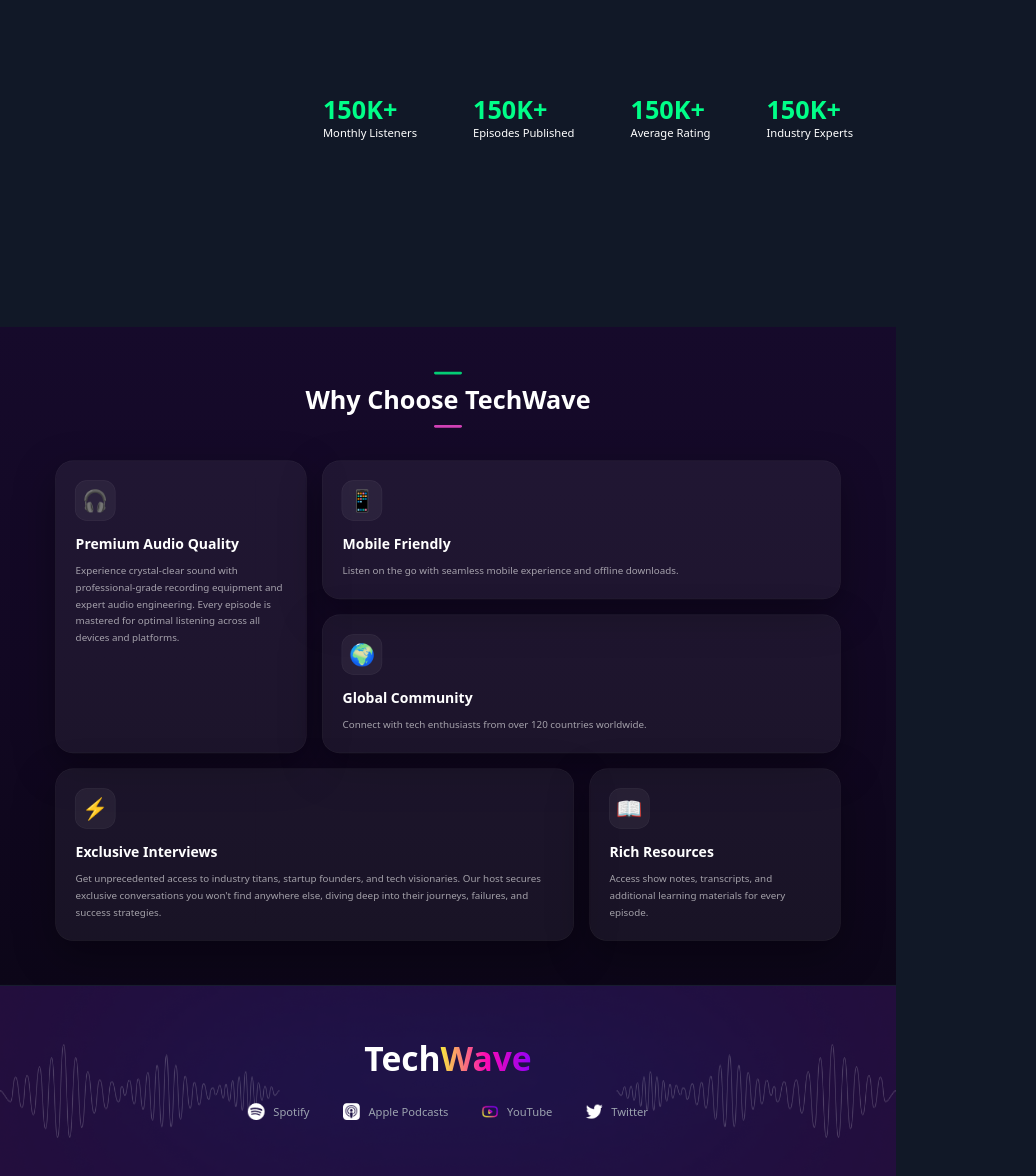
Repository: tanimtanzilislam/Assignment_2
Page: index.html
These files come from the project's save history. The page is drawn as it stood at one moment and after the next save; the edit follows.
The browser window is 1280 px wide. The page is 1480 px wide, so the pictures cover 1480 px, including what lies to the right of the window. The pictures show the part of the page from y = 910 to 2590 px (the page is 2590 px tall), at 70% of full size.
Some web libraries are served in a nearby version.

Above is the page before, as saved 2026-03-03 21:45:20.

After the next save:
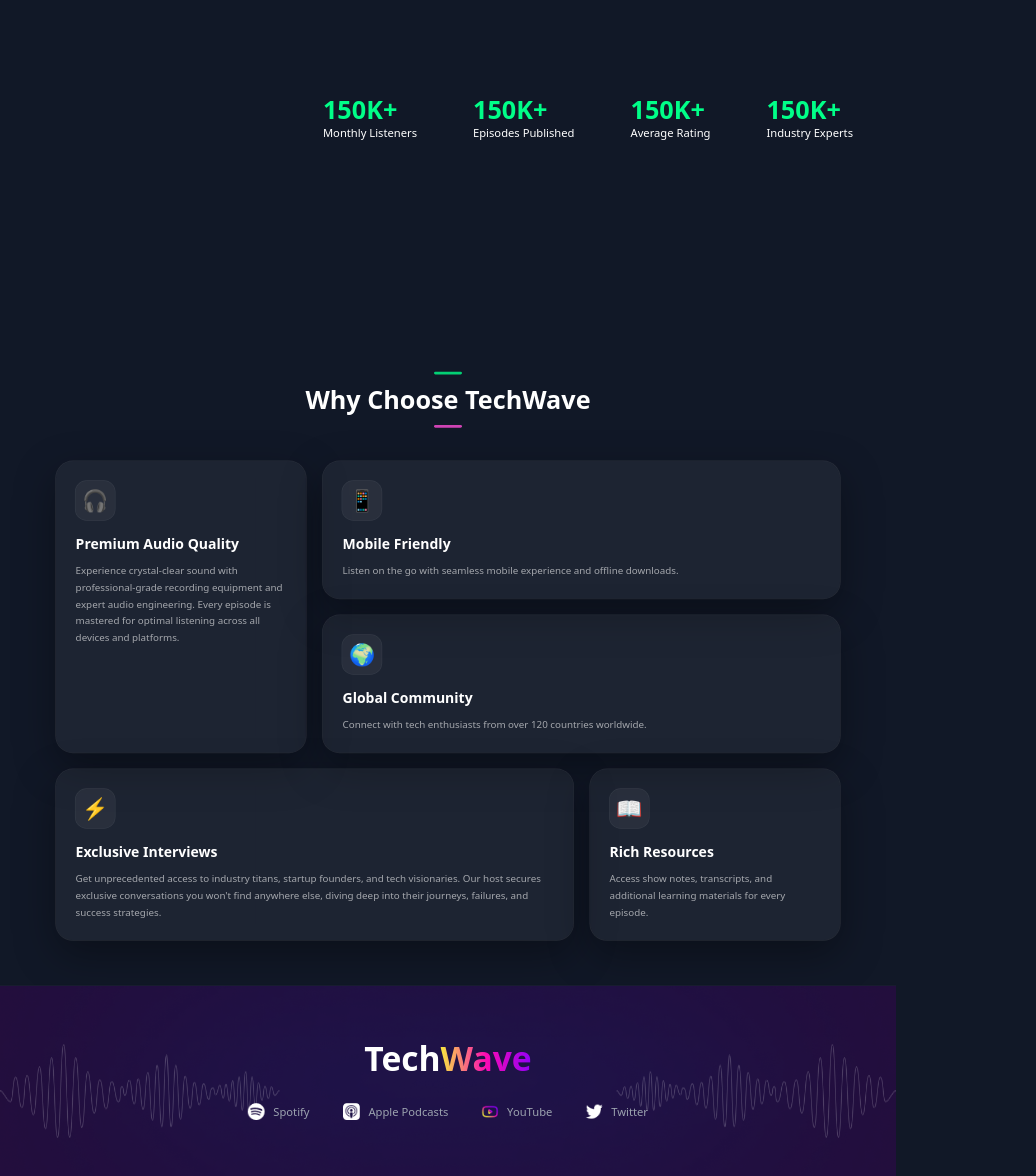
Saved 9 min 55 s later.
--- a/index.html
+++ b/index.html
@@ -103,7 +103,7 @@
 
 
 <!--  flex box -->
-    <section class="relative overflow-hidden bg-gradient-to-b from-[#160a2b] via-[#120823] to-[#0c0618] py-16">
+    <section class="relative overflow-hidden  py-16">
     <!-- overflow-hidden dile vitorer content boro hole  seta kete jabe ba dekha jabe na -->
       <div class="mx-auto max-w-6xl px-4">
     <!-- Heading -->

After the save that followed:
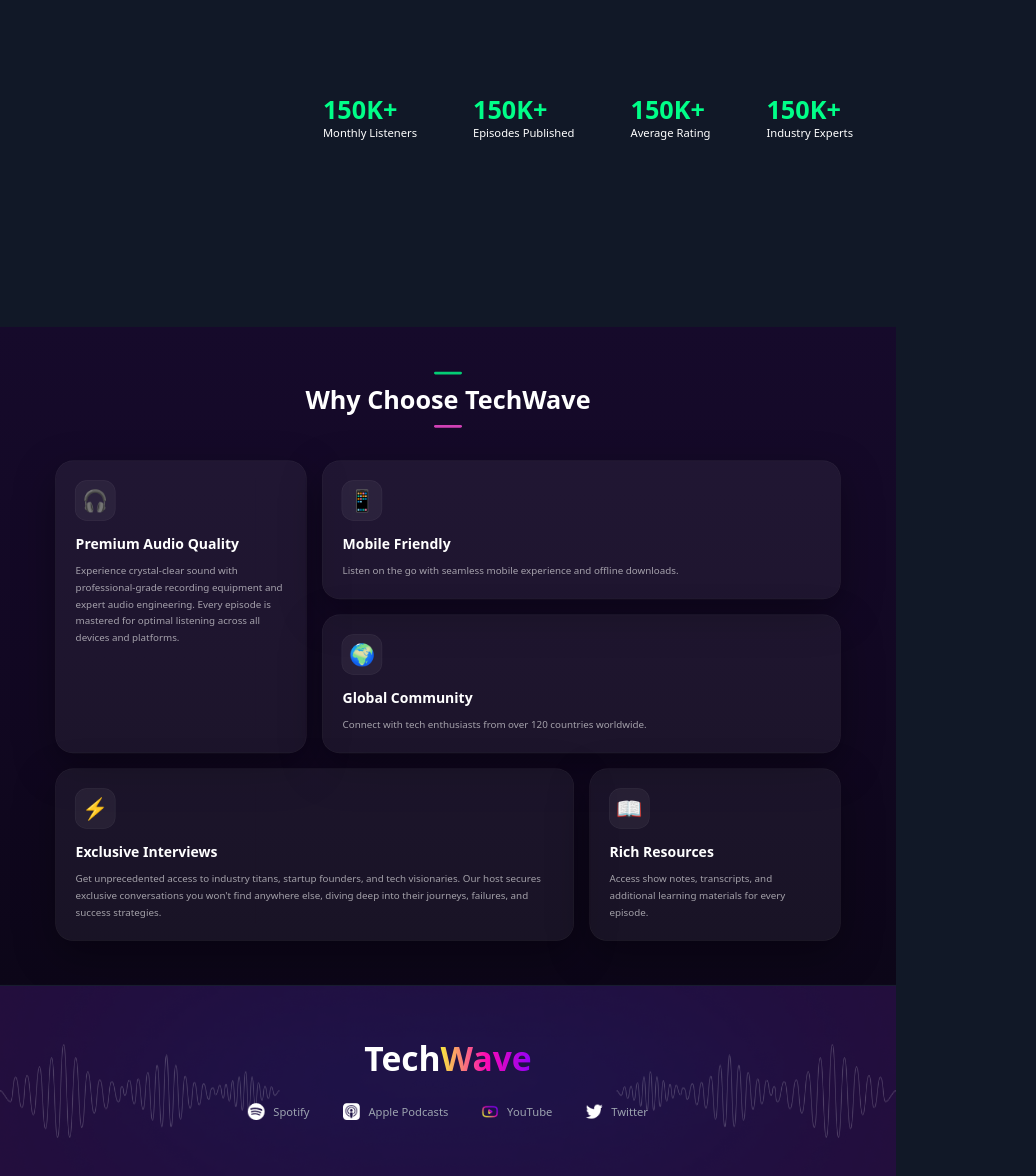
Saved 17 s later.
--- a/index.html
+++ b/index.html
@@ -103,7 +103,7 @@
 
 
 <!--  flex box -->
-    <section class="relative overflow-hidden  py-16">
+    <section class="relative overflow-hidden bg-gradient-to-b from-[#160a2b] via-[#120823] to-[#0c0618] py-16">
     <!-- overflow-hidden dile vitorer content boro hole  seta kete jabe ba dekha jabe na -->
       <div class="mx-auto max-w-6xl px-4">
     <!-- Heading -->
